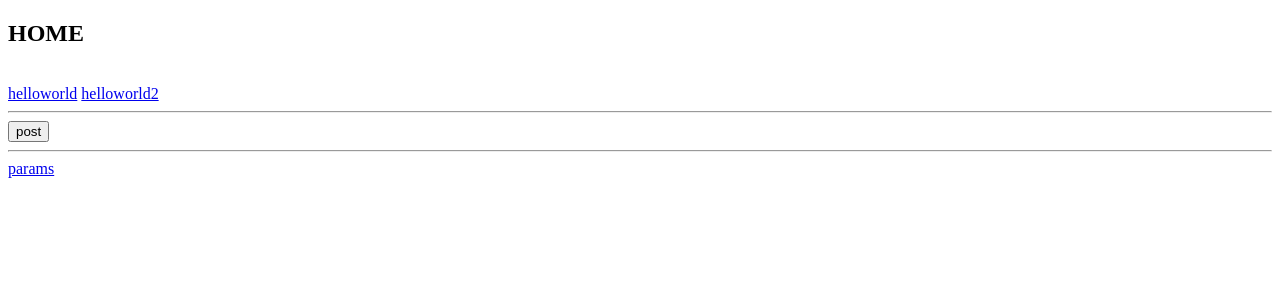
Repository: weiqilin66/workSpaceXD
Page: http://localhost/springmvc-1/
An editor plug-in stored every save of this project. The page is shown before and after the next save, followed by the edit.
The browser window is 1280 px wide. The pictures show the whole page.
The page is served by Tomcat 9.

Above is the page before, as saved 2019-09-18 08:35:17.

After the next save:
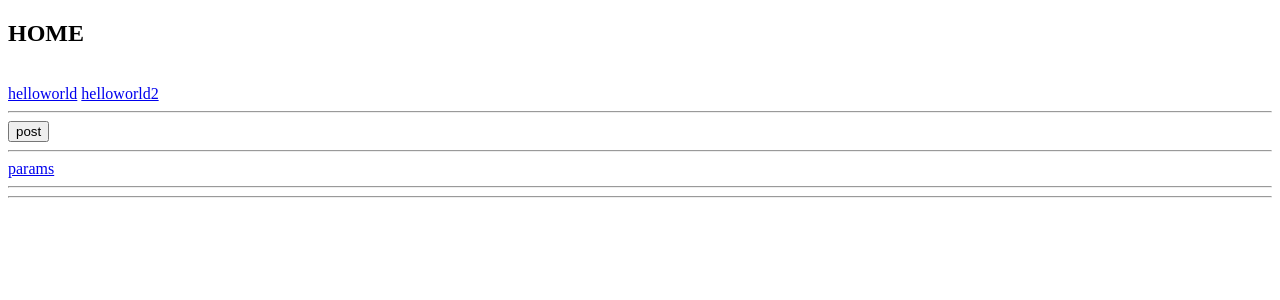
Saved 14 s later.
--- a/workspace/eclipseworkspace/ws01-study/springmvc-1/WebContent/index.jsp
+++ b/workspace/eclipseworkspace/ws01-study/springmvc-1/WebContent/index.jsp
@@ -18,7 +18,8 @@
 </form>
 <hr>
 <a href="test/params?username=joy&age=11"> params</a>
-
+<hr>
+<hr>
 <br>
 <form action="test/testrest" method="post">
 <input  type="hidden" name="_method" value="DELETE">
